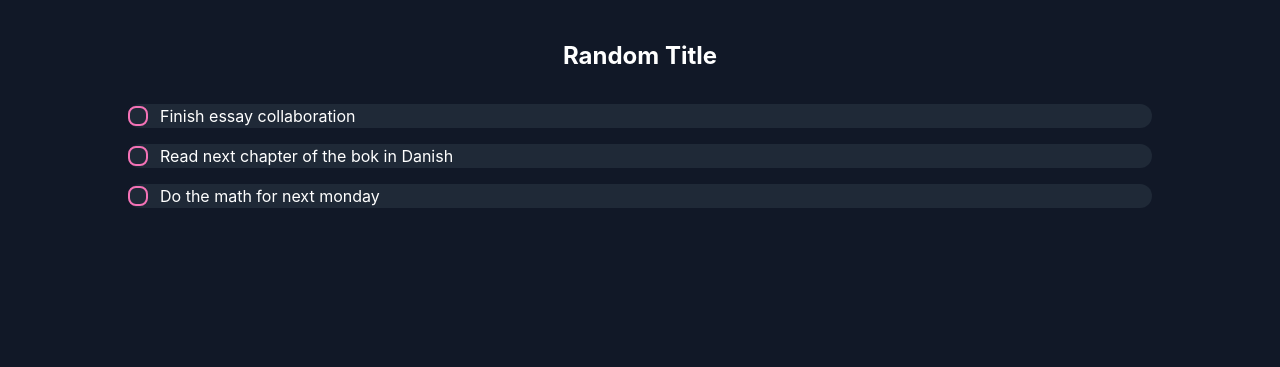
Repository: VachArt/react-exam-work
Page: /about
An editor plug-in stored every save of this project. The page is shown before and after the next save, followed by the edit.
The browser window is 1280 px wide. The pictures show the whole page.
The project was rebuilt for these pictures with package versions that can differ from the ones it lists, and the page was loaded fresh each time.

Above is the page before, as saved 2022-04-27 19:28:57.

### src/index.jsx
import React from 'react'
import ReactDOM from 'react-dom'
import './index.css'
import Home from './components/pages/Home/Home'
import Layout from './components/layout/Layout'


ReactDOM.render(
  <React.StrictMode>
    <Layout>
      <Home />
    </Layout>
  </React.StrictMode>,
  document.getElementById('root')
)

### src/components/pages/Home/Home.jsx
import React from 'react'
import TodoItem from './item/TodoItem'

const todo = [
    {
        _id: "efnejhj",
        title: "Finish essay collaboration",
        isCompleted: false,
    },
    {
        _id: "efnejhrrrr",
        title: "Read next chapter of the bok in Danish",
        isCompleted: false,
    },
    {
        _id: "efnejhj2323",
        title: "Do the math for next monday",
        isCompleted: false,
    }
]

const Home = () => {
    return (
        <div className='text-white w-4/5 mx-auto'>
            <h1 className='text-2xl font-bold text-center mb-8'>Random Title</h1>
            {todo.map(todo => (
                <TodoItem key={todo._id} todo={todo} />
            ))}
        </div>
    )
}

export default Home

### src/components/layout/Layout.jsx
import React from 'react'

const Layout = ({ children }) => {
    return <div className='py-10 bg-gray-900 h-screen'>{children}</div>
}

export default Layout

### src/components/pages/Home/item/TodoItem.jsx
import React from 'react'
import Check from './Check'

const TodoItem = ({todo}) => {
    return (
        <div className='flex items-center mb-4 rounded-xl bg-gray-800'>
            <Check />
            {todo.title}
        </div>
    )
}



export default TodoItem

### src/components/pages/Home/item/Check.jsx
import React from 'react'
import {BsCheck} from 'react-icons/bs'


const Check = ({isComleted}) => {
    return (
        <div className='border-2 rounded-lg border-pink-400 w-5 h-5 mr-3'>
            {isComleted &&
            <BsCheck size={24} className='text-gray-900'/>
            }
        </div>
    )
}

export default Check

Loaded but not shown: public/index.html (common file); src/index.css (common file); tailwind.config.js (common file)

After the next save:
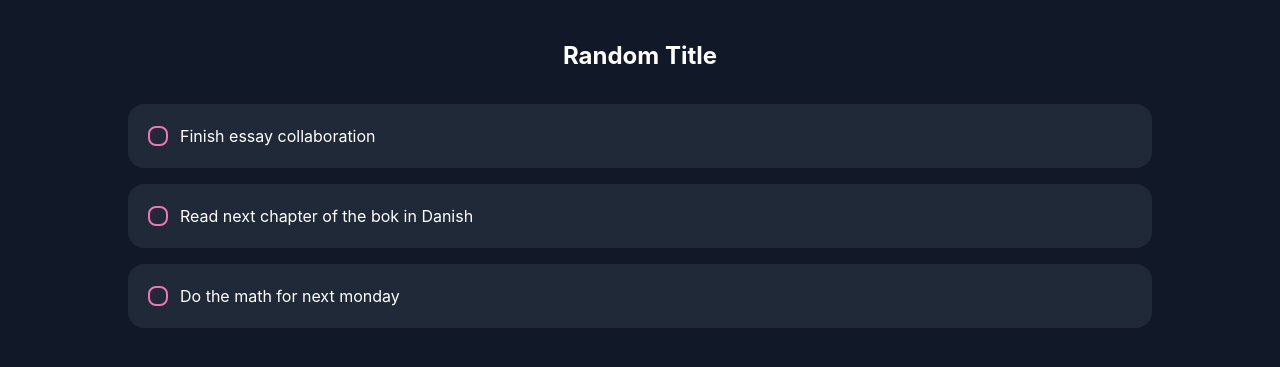
Saved 12 s later.
--- a/src/components/pages/Home/item/TodoItem.jsx
+++ b/src/components/pages/Home/item/TodoItem.jsx
@@ -3,7 +3,7 @@ import Check from './Check'
 
 const TodoItem = ({todo}) => {
     return (
-        <div className='flex items-center mb-4 rounded-xl bg-gray-800'>
+        <div className='flex items-center mb-4 rounded-2xl bg-gray-800 p-5'>
             <Check />
             {todo.title}
         </div>
